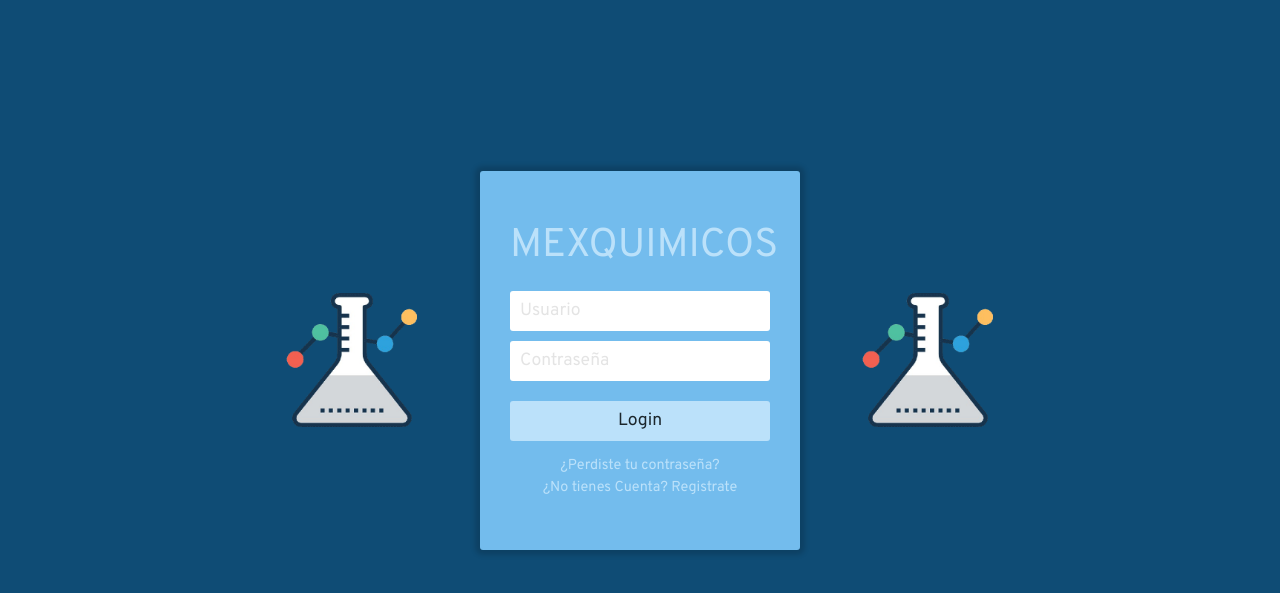
Repository: iDiv3r/MexiQuimicosIsay
Page: Index.html
An editor plug-in stored every save of this project. The page is shown before and after the next save, followed by the edit.
The browser window is 1280 px wide. The pictures show the whole page.

Above is the page before, as saved 2023-11-26 16:13:10.

After the next save:
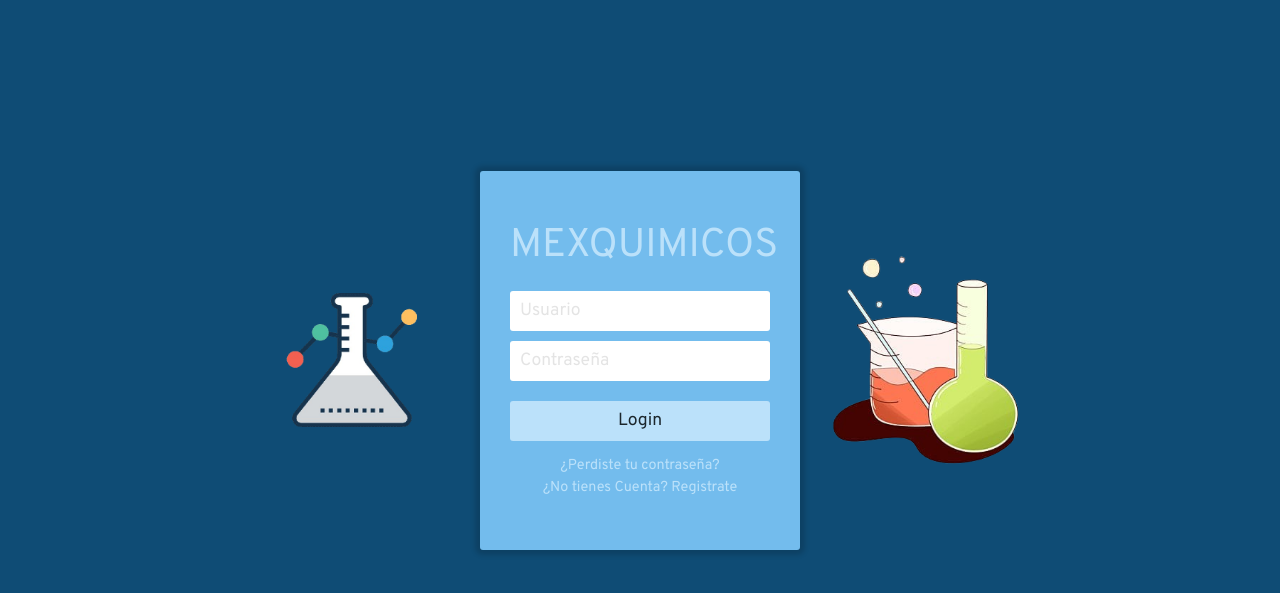
Saved 2 min 49 s later.
--- a/Index.html
+++ b/Index.html
@@ -45,7 +45,7 @@
                     </div>
                 </div>
             </div>
-            <img src="img/L1.png" alt="logo" class="logo">
+            <img src="img/L2.png" alt="logo" class="logo">
         </div>
     </body>
 </html>
